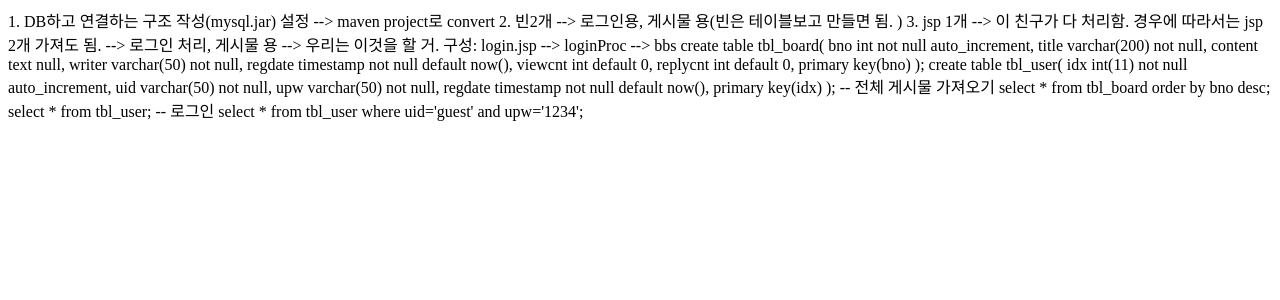
Repository: yejin-yun/server_script_game
Page: http://localhost/model1/
The author's editor kept a copy of each file at every save. The page is drawn from the files as they stood at one save, then again after the next save.
The browser window is 1280 px wide. The pictures show the whole page.
The page is served by Tomcat 9.

Above is the page before, as saved 2020-02-13 16:36:50.

After the next save:
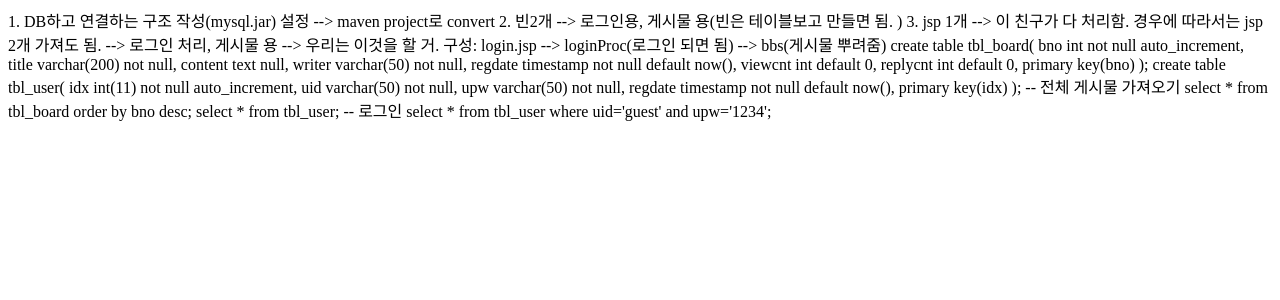
Saved 16 s later.
--- a/Servlet_JSP/model1/WebContent/index.jsp
+++ b/Servlet_JSP/model1/WebContent/index.jsp
@@ -5,7 +5,7 @@
 2. 빈2개 --> 로그인용, 게시물 용(빈은 테이블보고 만들면 됨. )
 3. jsp 1개 --> 이 친구가 다 처리함.
 경우에 따라서는 jsp 2개 가져도 됨. --> 로그인 처리, 게시물 용 --> 우리는 이것을 할 거.
-구성: login.jsp --> loginProc --> bbs
+구성: login.jsp --> loginProc(로그인 되면 됨) --> bbs(게시물 뿌려줌)
 
 create table tbl_board(
 	bno int not null auto_increment,
